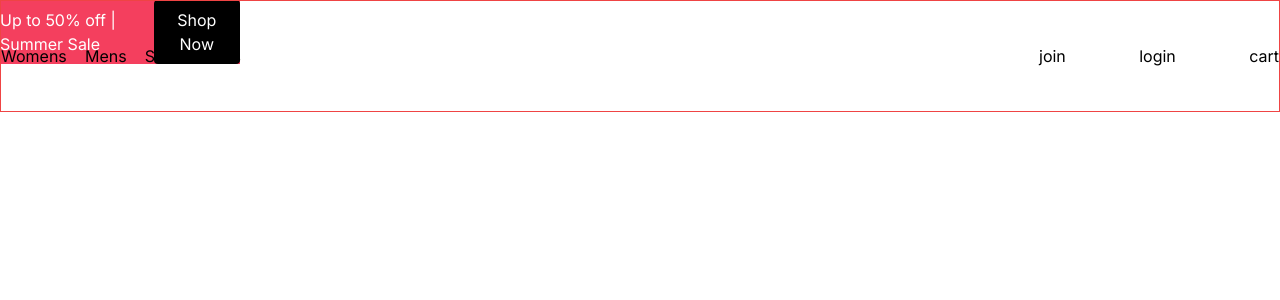
Repository: harrywebb21/stil-clothing
Page: /
The author's editor kept a copy of each file at every save. The page is drawn from the files as they stood at one save, then again after the next save.
The browser window is 1280 px wide. The pictures show the whole page.
The project was rebuilt for these pictures with package versions that can differ from the ones it lists, and the page was loaded fresh each time. The framework's server and built-in components were replaced by stand-ins that run in the browser. Also part of the build but not shown: next.config.js.

Above is the page before, as saved 2023-06-08 15:53:28.

### src/app/page.js
"use client";
import Image from "next/image";
import Navbar from "./components/Navbar";
import SaleBox from "./components/SaleBox";

export default function Home() {
  return (
    <div>
      <Navbar />
      <SaleBox />
    </div>
  );
}

### src/app/components/Navbar.js
export default function Navbar() {
  return (
    <div className=" border border-red-500 h-28 flex justify-between items-center fixed w-screen">
      <ul className=" flex justify-between w-60">
        <li>
          <a href="/womens">Womens</a>
        </li>
        <li>
          <a href="/mens">Mens</a>
        </li>
        <li>
          <a href="/sale">Sale</a>
        </li>
        <li>
          <a href="/jeans">Jeans</a>
        </li>
      </ul>

      <ul className="flex justify-between w-60">
        <li>
          <a href="/join">join</a>
        </li>
        <li>
          <a href="/login">login</a>
        </li>
        <li>
          <a href="/cart">cart</a>
        </li>
      </ul>
    </div>
  );
}

### src/app/components/SaleBox.js
export default function SaleBox() {
  return (
    <div className="flex justify-between items-center w-60 bg-rose-500 text-white">
      <h1> Up to 50% off | Summer Sale</h1>
      <button className="bg-black text-white px-4 py-2 rounded">
        Shop Now
      </button>
    </div>
  );
}

Loaded but not shown: src/app/layout.js (common file); src/app/globals.css (common file); tailwind.config.js (common file)

After the next save:
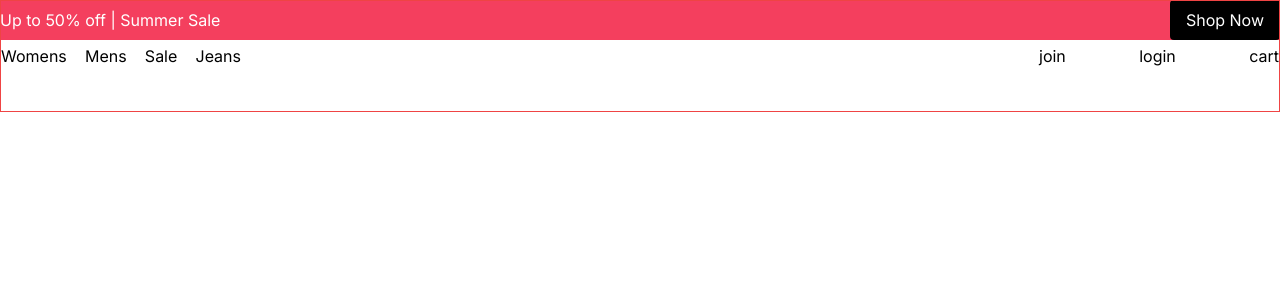
Saved 32 s later.
--- a/src/app/components/SaleBox.js
+++ b/src/app/components/SaleBox.js
@@ -1,6 +1,6 @@
 export default function SaleBox() {
   return (
-    <div className="flex justify-between items-center w-60 bg-rose-500 text-white">
+    <div className="flex justify-between items-center w-60 bg-rose-500 text-white w-screen">
       <h1> Up to 50% off | Summer Sale</h1>
       <button className="bg-black text-white px-4 py-2 rounded">
         Shop Now
